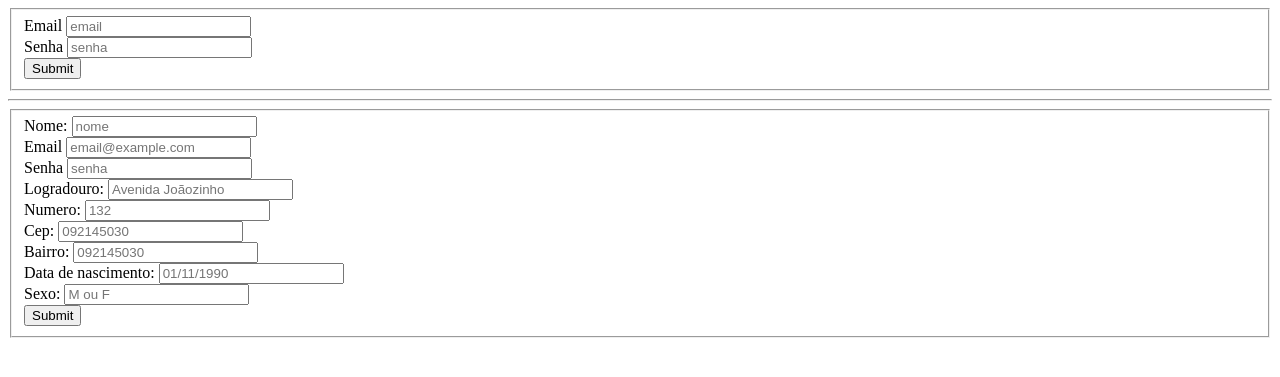
Repository: moises2112/Projetos
Page: http://localhost/Dog/LoginController.do?action=logar
These files come from the project's save history. The page is drawn as it stood at one moment and after the next save; the edit follows.
The browser window is 1280 px wide. The pictures show the whole page.
The page is served by Tomcat 9. Other server files are loaded and not shown.

Above is the page before, as saved 2017-06-09 01:19:48.

### Dog/WebContent/login.jsp

<%@ page language="java" contentType="text/html; charset=ISO-8859-1"
	pageEncoding="ISO-8859-1"%>
<%@ taglib uri="http://java.sun.com/jsp/jstl/core" prefix="c"%>
<!DOCTYPE HTML>
<html>
<head>
<meta http-equiv="Content-Type" content="text/html; charset=ISO-8859-1">

<title>Bem vindo ao Tindog</title>
</head>
<body>
	<form action="LoginController.do" method="post">
		<fieldset>
			<div>
				<label for="email">Email</label> <input type="text" name="email"
					placeholder="email" />
			</div>
			<div>
				<label for="senha">Senha</label> <input type="password" name="senha"
					placeholder="senha" />
			</div>
			<div>
				<input type="submit" value="Submit" />
			</div>
		</fieldset>
	</form>
	<label><c:out value="${erroAoLogar}" /></label>
	<hr>
	<form action="UsuarioController.do?action=inserir" method="post">
		<fieldset>

			<div>
				<label for="nome">Nome:</label> <input type="text" name="nome"
					placeholder="nome" />
			</div>
			<div>
				<label for="email">Email</label> <input type="text" name="email"
					placeholder="email@example.com" />
			</div>
			<div>
				<label for="senha">Senha</label> <input type="password" name="senha"
					placeholder="senha" />
			</div>
			<div>
				<label for="logradouro">Logradouro:</label> <input type="text"
					name="logradouro" placeholder="Avenida Joãozinho" />
			</div>
			<div>
				<label for="numero">Numero:</label> <input type="text" name="numero"
					placeholder="132" />
			</div>
			<div>
				<label for="cep">Cep:</label> <input type="text" name="cep"
					placeholder="092145030" />
			</div>
			<div>
				<label for="bairro">Bairro:</label> <input type="text" name="bairro"
					placeholder="092145030" />
			</div>
			<div>
				<label for="dataNascimento">Data de nascimento:</label> <input
					type="text" name="dataNascimento" placeholder="01/11/1990" />
			</div>
			<div>
				<label for="sexo">Sexo:</label> <input type="text" name="sexo"
					placeholder="M ou F" />
			</div>

			<div>
				<input type="submit" value="Submit" />
			</div>
		</fieldset>
	</form>
	<label><c:out value="${erroAoLogar}" /></label>


</body>
</html>

### Dog/src/br/com/dog/controller/LoginController.java
package br.com.dog.controller;

import java.io.IOException;

import java.sql.SQLException;

import javax.servlet.RequestDispatcher;
import javax.servlet.ServletConfig;
import javax.servlet.ServletException;
import javax.servlet.annotation.WebServlet;
import javax.servlet.http.HttpServlet;
import javax.servlet.http.HttpServletRequest;
import javax.servlet.http.HttpServletResponse;
import javax.servlet.http.HttpSession;
import br.com.dog.controller.util.NavegacaoUtil;
import br.com.dog.model.dao.CachorroDAO;
import br.com.dog.model.dao.UsuarioDAO;
import br.com.dog.model.dao.impl.jdbc.CachorroDao;
import br.com.dog.model.dao.impl.jdbc.UsuarioDao;
import br.com.dog.model.entity.Usuario;

/**
 * Servlet implementation class LoginController
 */
@WebServlet("/LoginController.do")
public class LoginController extends HttpServlet {
	private static final long serialVersionUID = 1L;

	/**
	 * Default constructor.
	 */

	/**
	 * @see HttpServlet#doGet(HttpServletRequest request, HttpServletResponse
	 *      response)
	 */
	protected void doGet(HttpServletRequest request, HttpServletResponse response)
			throws ServletException, IOException {

		RequestDispatcher view = request.getRequestDispatcher(NavegacaoUtil.LOGIN);
		view.forward(request, response);
	}

	/**
	 * @see HttpServlet#doPost(HttpServletRequest request, HttpServletResponse
	 *      response)
	 */
	protected void doPost(HttpServletRequest request, HttpServletResponse response)
			throws ServletException, IOException {
		String action = request.getParameter("action");
		RequestDispatcher view = null;
		if (action.equalsIgnoreCase("logar")) {
			UsuarioDAO userDAO = new UsuarioDao();

			String senhaDaTela = request.getParameter("senha");
			String emailDaTela = request.getParameter("email");

			Usuario usuario = null;

			try {
				// erro esta na linha abaixo
				usuario = userDAO.buscarLoginSenha(senhaDaTela, emailDaTela);

			} catch (SQLException e) {
				// TODO Auto-generated catch block
				e.printStackTrace();
			}

			if (usuario != null) {
				view = request.getRequestDispatcher(NavegacaoUtil.HOME);

				request.setAttribute("usuarioLogado", usuario);

				CachorroDAO dogDAO = new CachorroDao();
				try {
					request.setAttribute("myDogs", dogDAO.buscaPorUsuario(usuario));
				} catch (SQLException e) {
					// TODO Auto-generated catch block
					e.printStackTrace();
				}
				// HttpSession session = request.getSession();
				// session.setAttribute("usuario", usuario);
			} else {
				view = request.getRequestDispatcher(NavegacaoUtil.LOGIN);
				request.setAttribute("erroAoLogar", "Usuario ou senha inválido");
			}
		} else if (action.equalsIgnoreCase("logout")) {
			view = request.getRequestDispatcher(NavegacaoUtil.LOGIN);
			request.removeAttribute("usuarioLogado");
		}
		view.forward(request, response);
	}
}

After the next save:
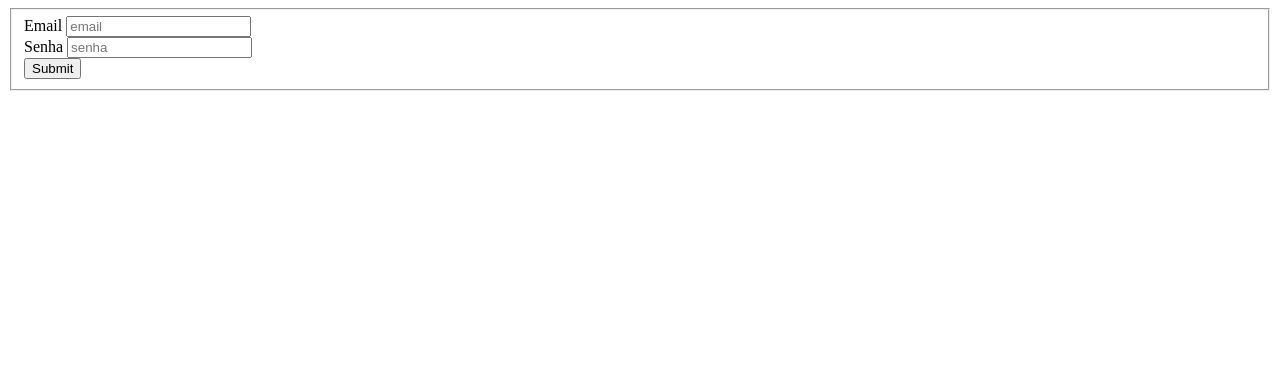
Saved 38 s later.
--- a/Dog/WebContent/login.jsp
+++ b/Dog/WebContent/login.jsp
@@ -26,53 +26,6 @@
 		</fieldset>
 	</form>
 	<label><c:out value="${erroAoLogar}" /></label>
-	<hr>
-	<form action="UsuarioController.do?action=inserir" method="post">
-		<fieldset>
-
-			<div>
-				<label for="nome">Nome:</label> <input type="text" name="nome"
-					placeholder="nome" />
-			</div>
-			<div>
-				<label for="email">Email</label> <input type="text" name="email"
-					placeholder="email@example.com" />
-			</div>
-			<div>
-				<label for="senha">Senha</label> <input type="password" name="senha"
-					placeholder="senha" />
-			</div>
-			<div>
-				<label for="logradouro">Logradouro:</label> <input type="text"
-					name="logradouro" placeholder="Avenida Joãozinho" />
-			</div>
-			<div>
-				<label for="numero">Numero:</label> <input type="text" name="numero"
-					placeholder="132" />
-			</div>
-			<div>
-				<label for="cep">Cep:</label> <input type="text" name="cep"
-					placeholder="092145030" />
-			</div>
-			<div>
-				<label for="bairro">Bairro:</label> <input type="text" name="bairro"
-					placeholder="092145030" />
-			</div>
-			<div>
-				<label for="dataNascimento">Data de nascimento:</label> <input
-					type="text" name="dataNascimento" placeholder="01/11/1990" />
-			</div>
-			<div>
-				<label for="sexo">Sexo:</label> <input type="text" name="sexo"
-					placeholder="M ou F" />
-			</div>
-
-			<div>
-				<input type="submit" value="Submit" />
-			</div>
-		</fieldset>
-	</form>
-	<label><c:out value="${erroAoLogar}" /></label>
 
 
 </body>
